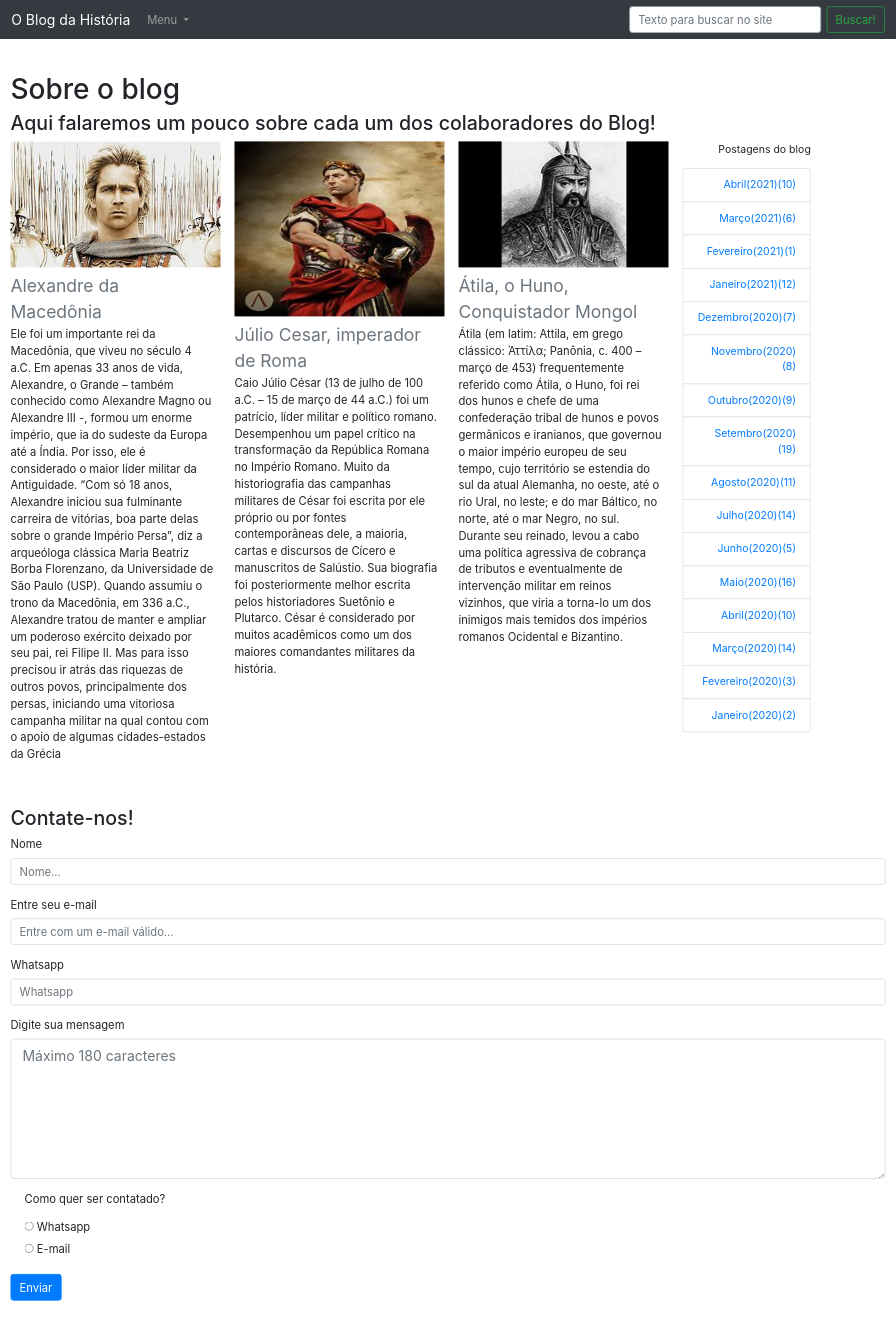
Repository: xhenrique/blog_layout_bootstrap
Page: source/sobre.html
These files come from the project's save history. The page is drawn as it stood at one moment and after the next save; the edit follows.
The browser window is 1280 px wide. The pictures show the whole page, at 70% of full size.

Above is the page before, as saved 2021-04-25 03:07:33.

After the next save:
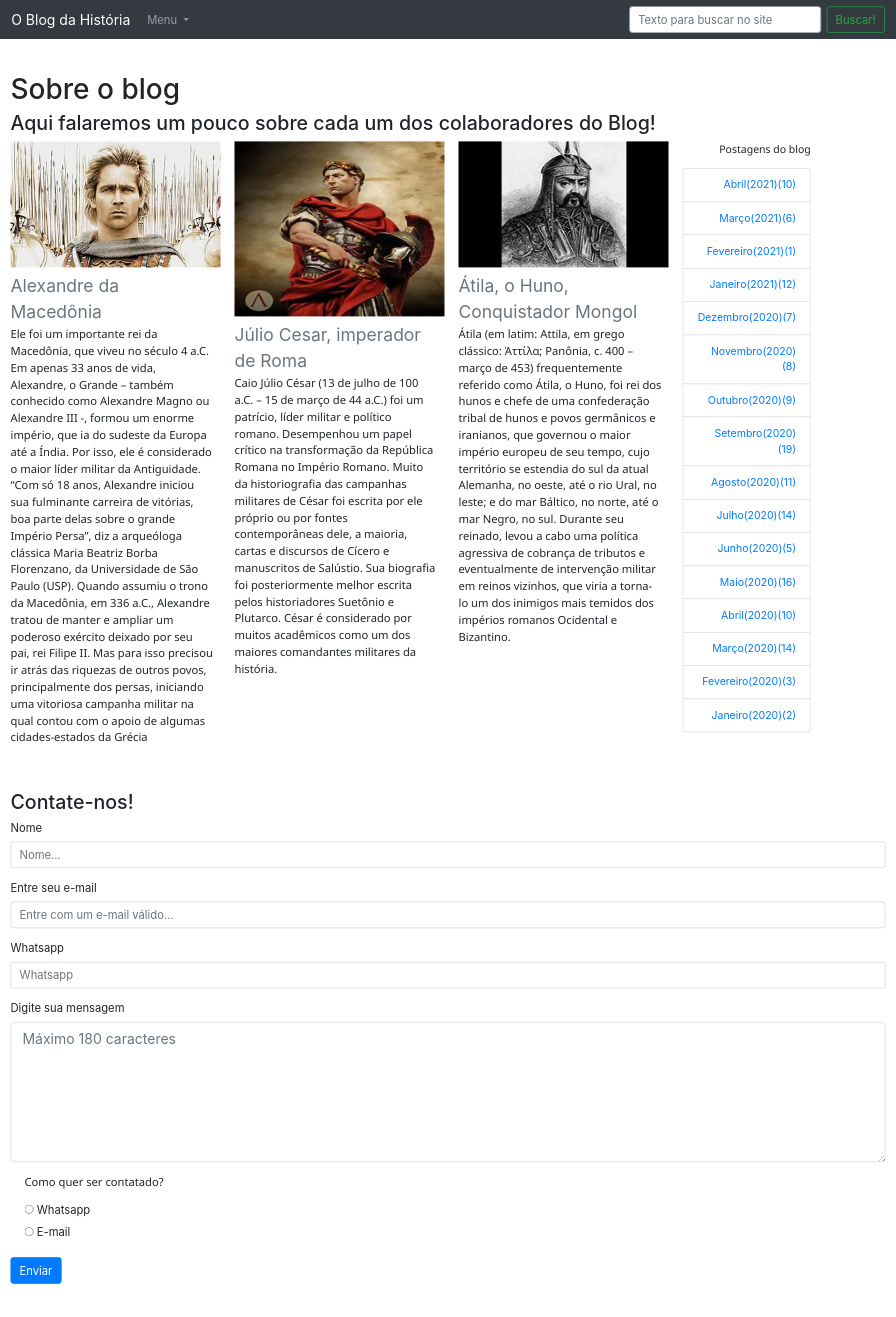
Saved 82 s later.
--- a/source/sobre.html
+++ b/source/sobre.html
@@ -9,10 +9,8 @@
     <link rel="stylesheet" href="https://stackpath.bootstrapcdn.com/bootstrap/4.1.3/css/bootstrap.min.css" integrity="sha384-MCw98/SFnGE8fJT3GXwEOngsV7Zt27NXFoaoApmYm81iuXoPkFOJwJ8ERdknLPMO" crossorigin="anonymous">
     <title>O Blog da História</title>
     <style>
-        @media (min-width: 1200px) {
-            .container{
-            max-width: 970px;
-            }
+        body p {
+            font-family: 'Segoe UI', Tahoma, Geneva, Verdana, sans-serif;
         }
     </style>
   </head>
